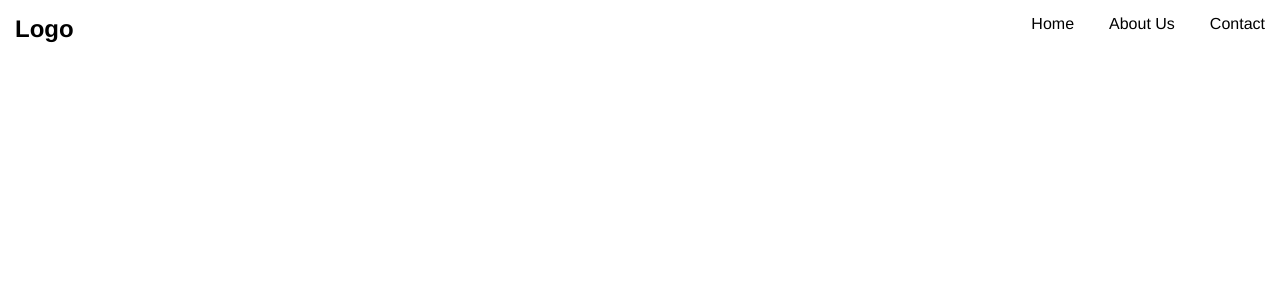
Repository: shreyajadhav13/TP_RP_05
Page: intermediate/assets/menu.html
These files come from the project's save history. The page is drawn as it stood at one moment and after the next save; the edit follows.
The browser window is 1280 px wide. The pictures show the whole page.

Above is the page before, as saved 2024-06-20 16:29:46.

After the next save:
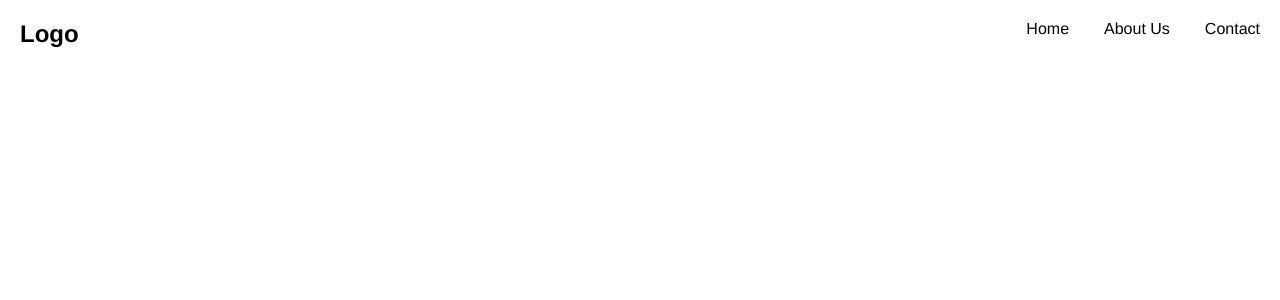
Saved 14 s later.
--- a/intermediate/assets/style.css
+++ b/intermediate/assets/style.css
@@ -48,7 +48,7 @@
     justify-content: space-between;
 }
 .nav > div {
-    padding:15px;
+    padding:20px;
 }
 
 .nav > div > ul{

After the save that followed:
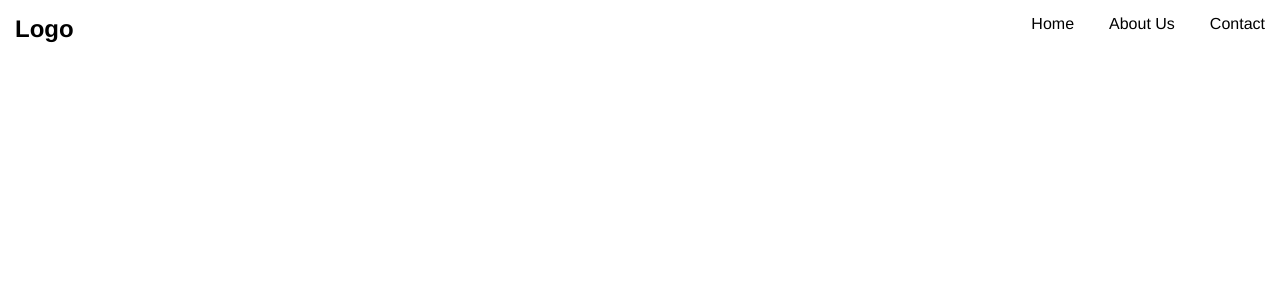
Saved 16 s later.
--- a/intermediate/assets/style.css
+++ b/intermediate/assets/style.css
@@ -48,7 +48,7 @@
     justify-content: space-between;
 }
 .nav > div {
-    padding:20px;
+    padding:15px;
 }
 
 .nav > div > ul{
